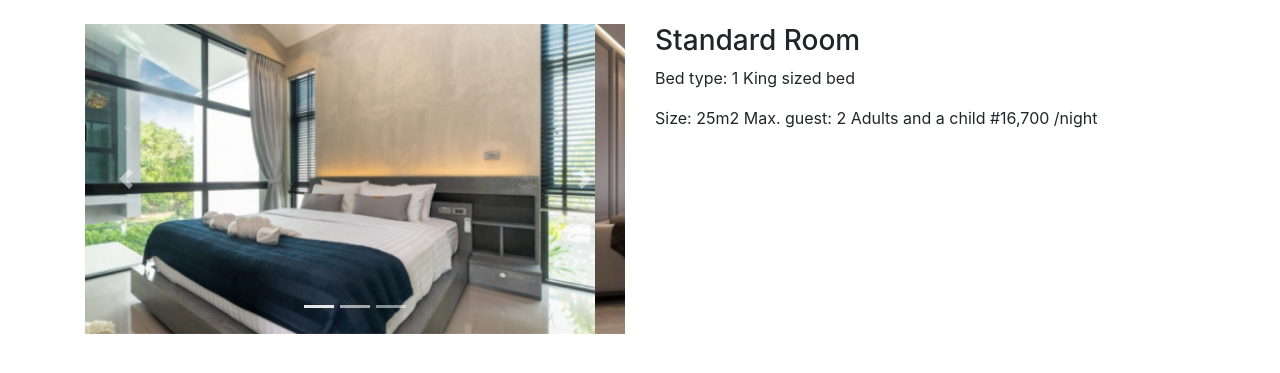
Repository: Syfon01/hotel-website
Page: room.html
These files come from the project's save history. The page is drawn as it stood at one moment and after a run of saves; the edit follows.
The browser window is 1280 px wide. The pictures show the whole page.

Above is the page before, as saved 2020-06-08 15:18:21.

### room.html
<!doctype html>
<html lang="en">
  <head>
    <title>Title</title>
    <!-- Required meta tags -->
    <meta charset="utf-8">
    <meta name="viewport" content="width=device-width, initial-scale=1, shrink-to-fit=no">

    <!-- Bootstrap CSS -->
    <link rel="stylesheet" href="https://stackpath.bootstrapcdn.com/bootstrap/4.3.1/css/bootstrap.min.css" integrity="sha384-ggOyR0iXCbMQv3Xipma34MD+dH/1fQ784/j6cY/iJTQUOhcWr7x9JvoRxT2MZw1T" crossorigin="anonymous">
    <link rel="stylesheet" href="room.css">
  </head>
  <body>
      <div class="container">
        <div class="row py-4">
          <div class="col-md-6 col-lg-6 col-12 col-sm-12">
            <div id="carouselExampleIndicators" class="carousel slide" data-ride="carousel">
              <ol class="carousel-indicators">
                <li data-target="#carouselExampleIndicators" data-slide-to="0" class="active"></li>
                <li data-target="#carouselExampleIndicators" data-slide-to="1"></li>
                <li data-target="#carouselExampleIndicators" data-slide-to="2"></li>
              </ol>
              <div class="carousel-inner">
                <div class="carousel-item active">
                  <img src="./img/hotel1.png" class="d-block w-100" alt="...">
                </div>
                <div class="carousel-item">
                  <img src="./img/hotel2.png" class="d-block w-100" alt="...">
                </div>
                <div class="carousel-item">
                  <img src="./img/hotel3.png" class="d-block w-100" alt="...">
                </div>
              </div>
              <a class="carousel-control-prev" href="#carouselExampleIndicators" role="button" data-slide="prev">
                <span class="carousel-control-prev-icon" aria-hidden="true"></span>
                <span class="sr-only">Previous</span>
              </a>
              <a class="carousel-control-next" href="#carouselExampleIndicators" role="button" data-slide="next">
                <span class="carousel-control-next-icon" aria-hidden="true"></span>
                <span class="sr-only">Next</span>
              </a>
            </div>
          </div>
          <div class="col-md-6 col-lg-6 col-12 col-sm-12">
            <h3 class="text-purple">Standard Room</h3>
            <p>Bed type: 1 King sized bed</p>
            <p></p>Size: 25m2
            Max. guest: 2 Adults and a child
            #16,700 /night
          </div>
        </div>
      </div>
    <!-- Optional JavaScript -->
    <!-- jQuery first, then Popper.js, then Bootstrap JS -->
    <script src="https://code.jquery.com/jquery-3.3.1.slim.min.js" integrity="sha384-q8i/X+965DzO0rT7abK41JStQIAqVgRVzpbzo5smXKp4YfRvH+8abtTE1Pi6jizo" crossorigin="anonymous"></script>
    <script src="https://cdnjs.cloudflare.com/ajax/libs/popper.js/1.14.7/umd/popper.min.js" integrity="sha384-UO2eT0CpHqdSJQ6hJty5KVphtPhzWj9WO1clHTMGa3JDZwrnQq4sF86dIHNDz0W1" crossorigin="anonymous"></script>
    <script src="https://stackpath.bootstrapcdn.com/bootstrap/4.3.1/js/bootstrap.min.js" integrity="sha384-JjSmVgyd0p3pXB1rRibZUAYoIIy6OrQ6VrjIEaFf/nJGzIxFDsf4x0xIM+B07jRM" crossorigin="anonymous"></script>
  </body>
</html>

### room.css
.text-purple:{
 color: #333333
}

After the next 4 saves:
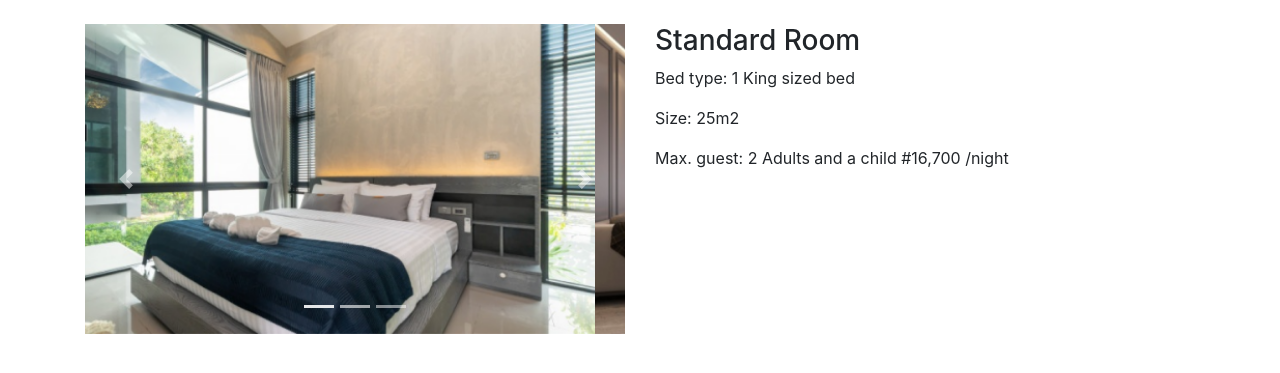
The 4 saves are shown as one change because they came seconds apart.
The last was saved 12 s later.
--- a/room.html
+++ b/room.html
@@ -44,8 +44,8 @@
           <div class="col-md-6 col-lg-6 col-12 col-sm-12">
             <h3 class="text-purple">Standard Room</h3>
             <p>Bed type: 1 King sized bed</p>
-            <p></p>Size: 25m2
-            Max. guest: 2 Adults and a child
+            <p>Size: 25m2</p>
+            <p></p>Max. guest: 2 Adults and a child
             #16,700 /night
           </div>
         </div>
